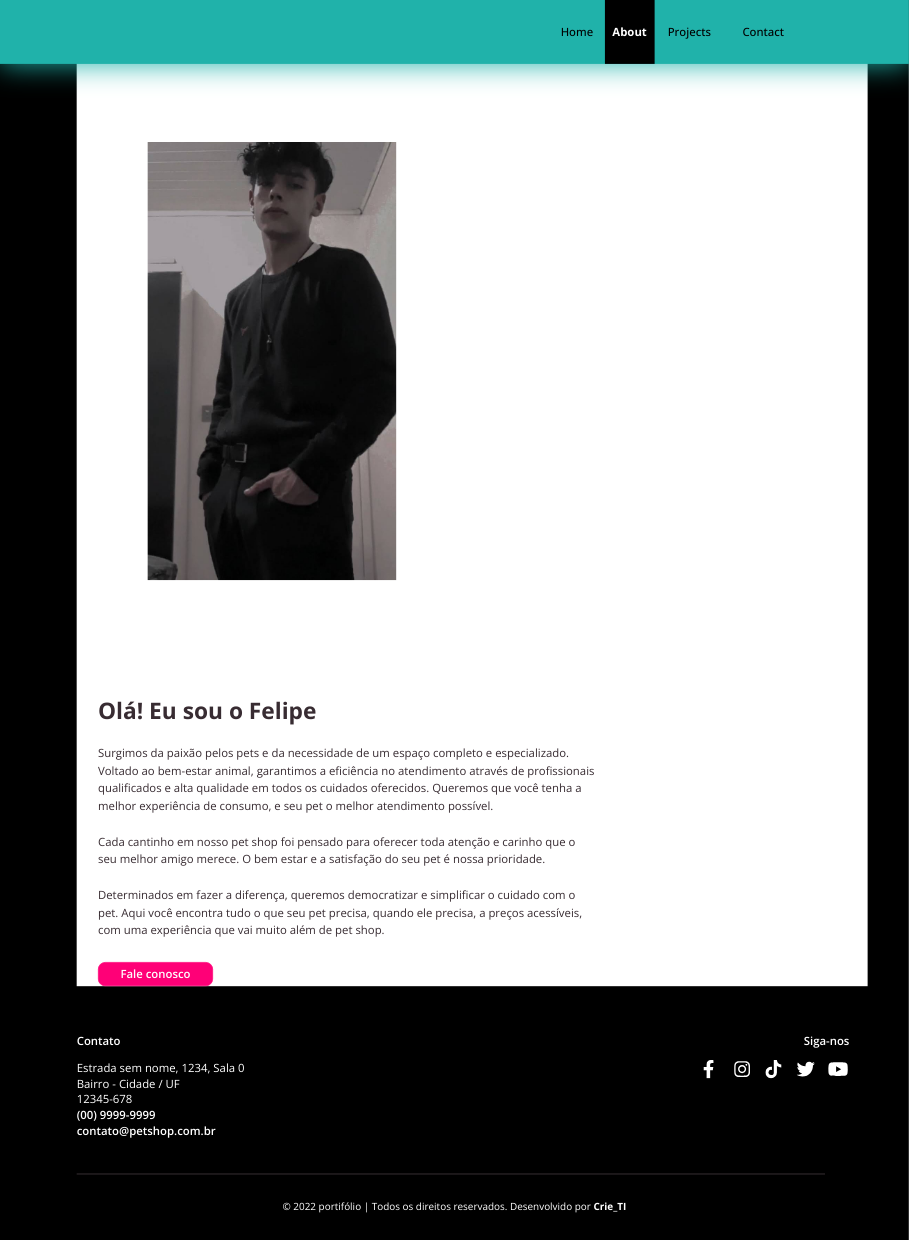
Repository: Fel1pit0/CRIE_TI
Page: Projetos/Portifólio/about.html
The author's editor kept a copy of each file at every save. The page is drawn from the files as they stood at one save, then again after the next save.
The browser window is 1280 px wide. The pictures show the whole page, at 71% of full size.

Above is the page before, as saved 2022-05-25 14:38:25.

After the next save:
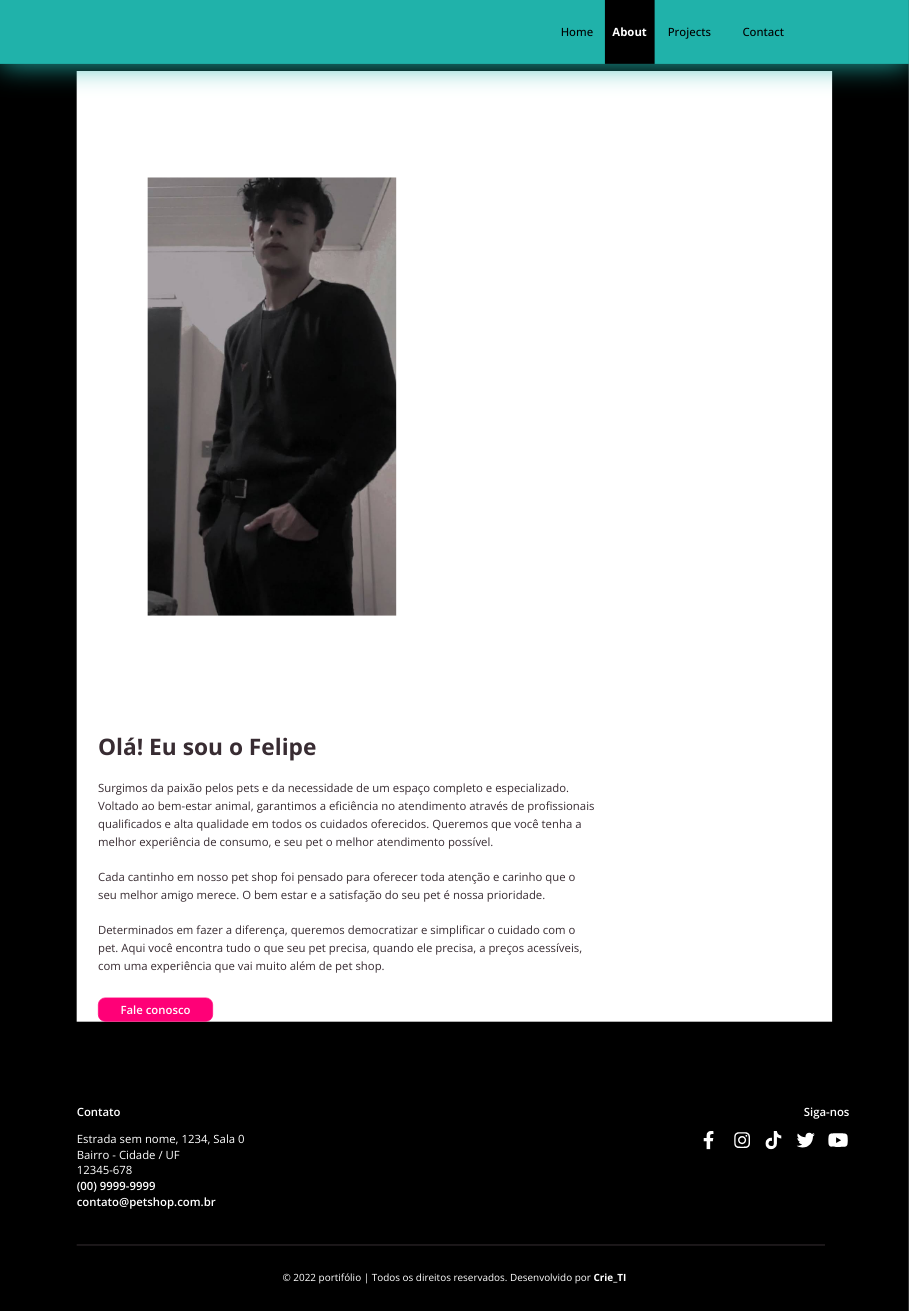
Saved 12 s later.
--- a/Projetos/Portifólio/styles.css
+++ b/Projetos/Portifólio/styles.css
@@ -291,7 +291,7 @@ footer{
 #about{
   margin-bottom: 5em;
   background-color: white;
-  margin: 50px 50px 50px 100px;
+  margin: 100px 100px;
 }
 .image-about{
   display: inline-block;
